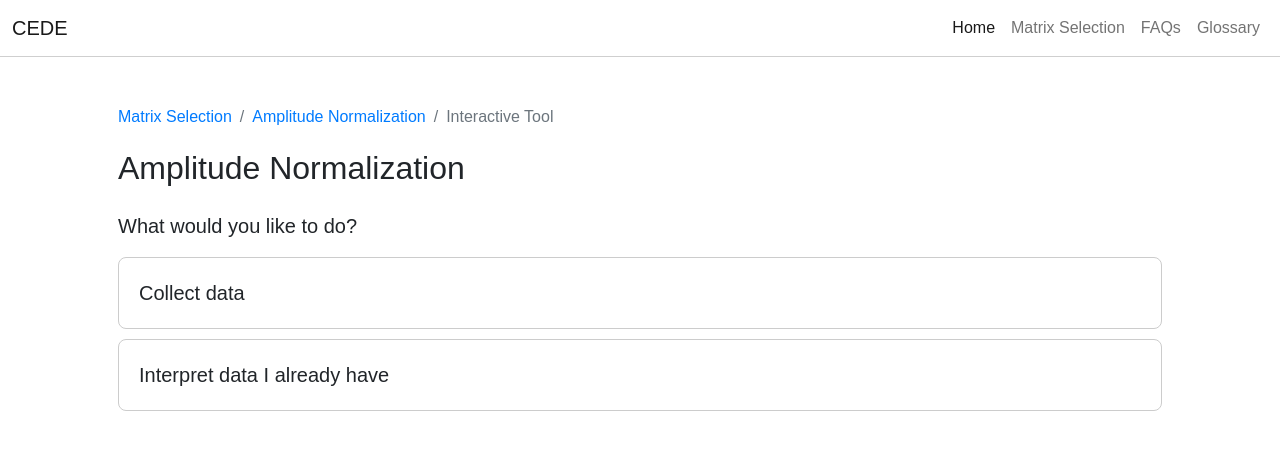
Repository: devashrisamani/CEDE-Website
Page: website/matrix.html
An editor plug-in stored every save of this project. The page is shown before and after the next save, followed by the edit.
The browser window is 1280 px wide. The pictures show the whole page.

Above is the page before, as saved 2024-06-19 18:48:41.
Console error: TypeError: Cannot read properties of null (reading 'addEventListener')

### website/matrix.html
<!DOCTYPE html>
<html lang="en">
  <head>
    <meta charset="UTF-8" />
    <meta name="viewport" content="width=device-width, initial-scale=1.0" />
    <title>CEDE Decision Tree</title>
    <link
      href="https://cdn.jsdelivr.net/npm/bootstrap@5.1.3/dist/css/bootstrap.min.css"
      rel="stylesheet"
    />
    <link rel="stylesheet" href="styles.css" />
  </head>
  <body>
    <!-- Navigation Bar (consistent with other pages) -->
    <nav class="navbar navbar-expand-lg navbar-light bg-white">
      <div class="container-fluid">
        <a class="navbar-brand" href="#">CEDE</a>
        <button
          class="navbar-toggler"
          type="button"
          data-bs-toggle="collapse"
          data-bs-target="#navbarNavAltMarkup"
          aria-controls="navbarNavAltMarkup"
          aria-expanded="false"
          aria-label="Toggle navigation"
        >
          <span class="navbar-toggler-icon"></span>
        </button>
        <div
          class="collapse navbar-collapse justify-content-end"
          id="navbarNavAltMarkup"
        >
          <div class="navbar-nav">
            <a class="nav-link active" href="#">Home</a>
            <a class="nav-link" href="#">Matrix Selection</a>
            <a class="nav-link" href="#">FAQs</a>
            <a class="nav-link" href="#">Glossary</a>
          </div>
        </div>
      </div>
    </nav>

    <!-- Main Content -->
    <div class="container mt-5 px-5">
      <nav aria-label="breadcrumb">
        <ol class="breadcrumb">
          <li class="breadcrumb-item"><a href="#">Matrix Selection</a></li>
          <li class="breadcrumb-item">
            <a href="#">Amplitude Normalization</a>
          </li>
          <li class="breadcrumb-item active" aria-current="page">
            Interactive Tool
          </li>
        </ol>
      </nav>
      <h2 class="mb-4">Amplitude Normalization</h2>
      <p class="lead">What would you like to do?</p>
      <div class="options-container">
        <div class="option" onclick="selectOption('collect-data')">
          <span>Collect data</span>
        </div>
        <div class="option" onclick="selectOption('interpret-data')">
          <span>Interpret data I already have</span>
        </div>
      </div>
    </div>

    <!-- Scripts -->
    <script src="script.js"></script>
    <script src="https://cdn.jsdelivr.net/npm/bootstrap@5.1.3/dist/js/bootstrap.bundle.min.js"></script>
  </body>
</html>

### website/styles.css
body {
  font-family: Arial, sans-serif;
  margin: 0;
  padding: 0;
  background-color: white;
}

.navbar {
  border-bottom: 1px solid #cfcfcf;
}

.breadcrumb {
  background-color: white;
  padding: 0;
  margin-bottom: 20px;
}

.breadcrumb-item a {
  color: #007bff;
  text-decoration: none;
}

.breadcrumb-item a:hover {
  text-decoration: underline;
}

#decision-form {
  background: #f8f9fa; /* Light grey background */
  padding: 20px;
  width: 100%;
  border: 1px solid #ccc;
  border-radius: 8px;
}

.option {
  display: flex;
  justify-content: space-between;
  align-items: center;
  border: 1px solid #ccc;
  margin-bottom: 10px;
  padding: 20px;
  cursor: pointer;
  background-color: white;
  border-radius: 8px;
}

.option:hover {
  background-color: #f0f0f0;
}

.option span {
  font-size: 1.25rem;
  font-weight: 500;
}

button {
  padding: 10px 20px;
  cursor: pointer;
  border: none;
  background: #007bff;
  color: white;
  border-radius: 5px;
  margin-top: 10px;
}

button#back-button {
  background: #6c757d;
}

button:disabled {
  background: #eee;
  color: #aaa;
  cursor: default;
}

### website/script.js
function selectOption(option) {
  console.log("Option selected:", option);
  // Add logic to handle the selected option, such as updating the page content
}

// page 2

function selectOption(option) {
  console.log("Option selected:", option);
  // Here, you can redirect to another page or load new content based on the option
}

function goBack() {
  window.history.back(); // This will take you to the previous page in the history stack
}

// Decision tree functions
const questions = [
  "Does your experiment involve comparisons between muscles or within muscles?",
  "Does your experiment involve comparisons between sessions or within a session?",
  "Does your experiment involve within-group comparisons or between-groups comparisons?",
  "Can your participants perform MVC?",
];

const responses = [
  ["Between muscles", "Within muscle"],
  ["Between sessions", "Within a session"],
  ["Within-group comparison", "Between-groups comparison"],
  ["Yes", "No"],
];

const decisionTree = {
  "Within muscle": {
    "Within a session": {
      "Within-group comparison": {
        Yes: "Experimental context 1: Amplitude comparison within a person and muscle, between conditions/tasks (within a session). *Without removing electrodes (1.1 - 1.6)",
      },
    },
  },
};

function getRecommendation(responses) {
  let node = decisionTree;
  for (let response of responses) {
    if (node[response]) {
      node = node[response];
    } else {
      return "No recommendation found for the given responses.";
    }
  }
  return node;
}

document.getElementById("get-recommendation").addEventListener("click", () => {
  const userResponses = [
    document.getElementById("q1-select").value,
    document.getElementById("q2-select").value,
    document.getElementById("q3-select").value,
    document.getElementById("q4-select").value,
  ];
  const recommendation = getRecommendation(userResponses);
  document.getElementById("recommendation").innerText = recommendation;
});

// CEDE Collaborations section

function showSection(sectionId) {
  const sections = document.querySelectorAll(".team-section");
  const buttons = document.querySelectorAll(".btn-toggle");
  sections.forEach((section) => {
    section.classList.add("d-none");
  });
  buttons.forEach((button) => {
    button.classList.remove("active");
  });
  document.getElementById(sectionId).classList.remove("d-none");
  document
    .querySelector(`button[onclick="showSection('${sectionId}')"]`)
    .classList.add("active");
}

After the next save:
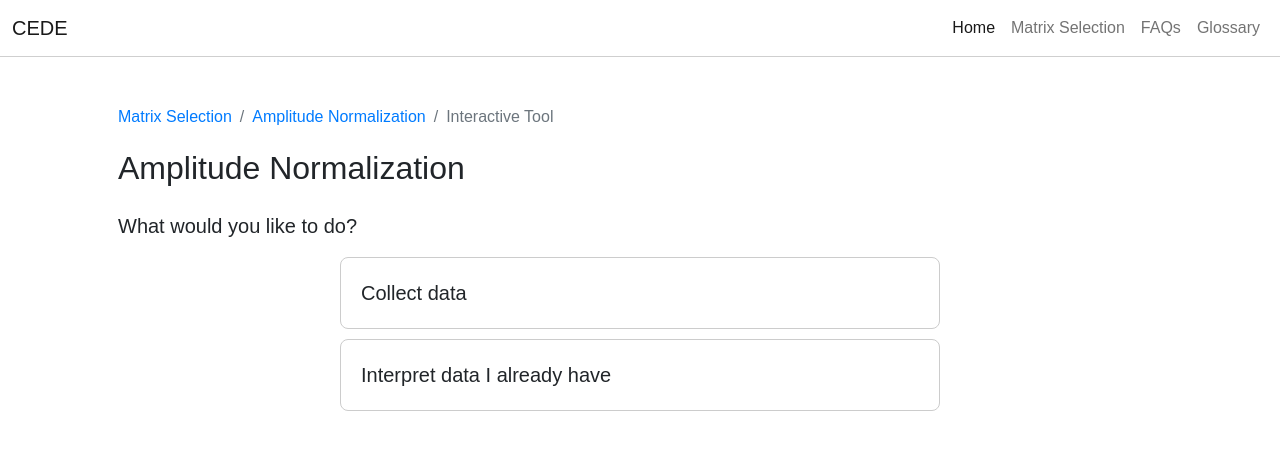
Saved 35 s later.
--- a/website/styles.css
+++ b/website/styles.css
@@ -30,6 +30,12 @@
   width: 100%;
   border: 1px solid #ccc;
   border-radius: 8px;
+}
+
+.options-container {
+  width: 100%;
+  max-width: 600px; /* Adjust this value to make the options shorter */
+  margin: 0 auto;
 }
 
 .option {

After the save that followed:
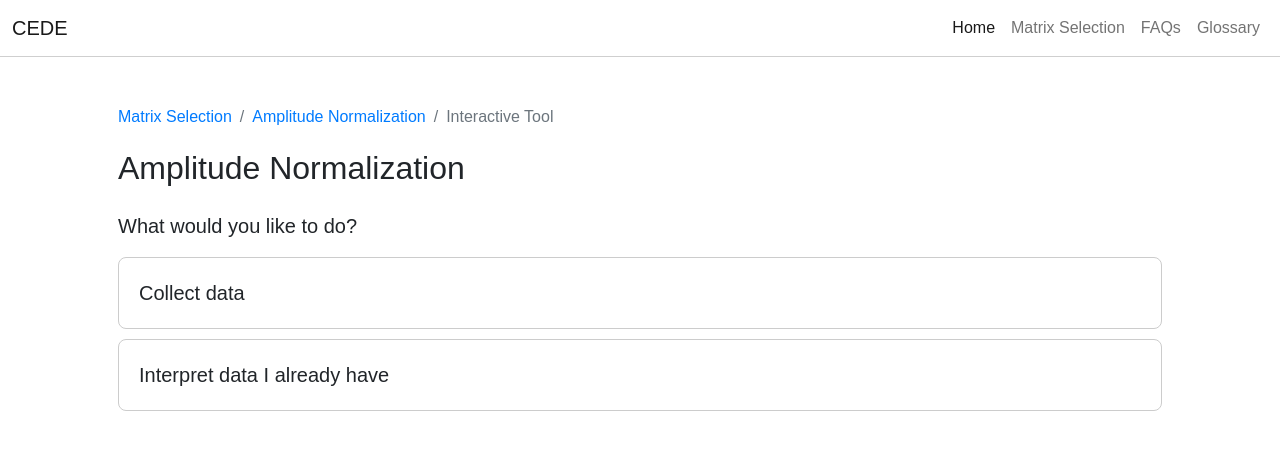
Saved 26 s later.
--- a/website/styles.css
+++ b/website/styles.css
@@ -30,12 +30,6 @@
   width: 100%;
   border: 1px solid #ccc;
   border-radius: 8px;
-}
-
-.options-container {
-  width: 100%;
-  max-width: 600px; /* Adjust this value to make the options shorter */
-  margin: 0 auto;
 }
 
 .option {
